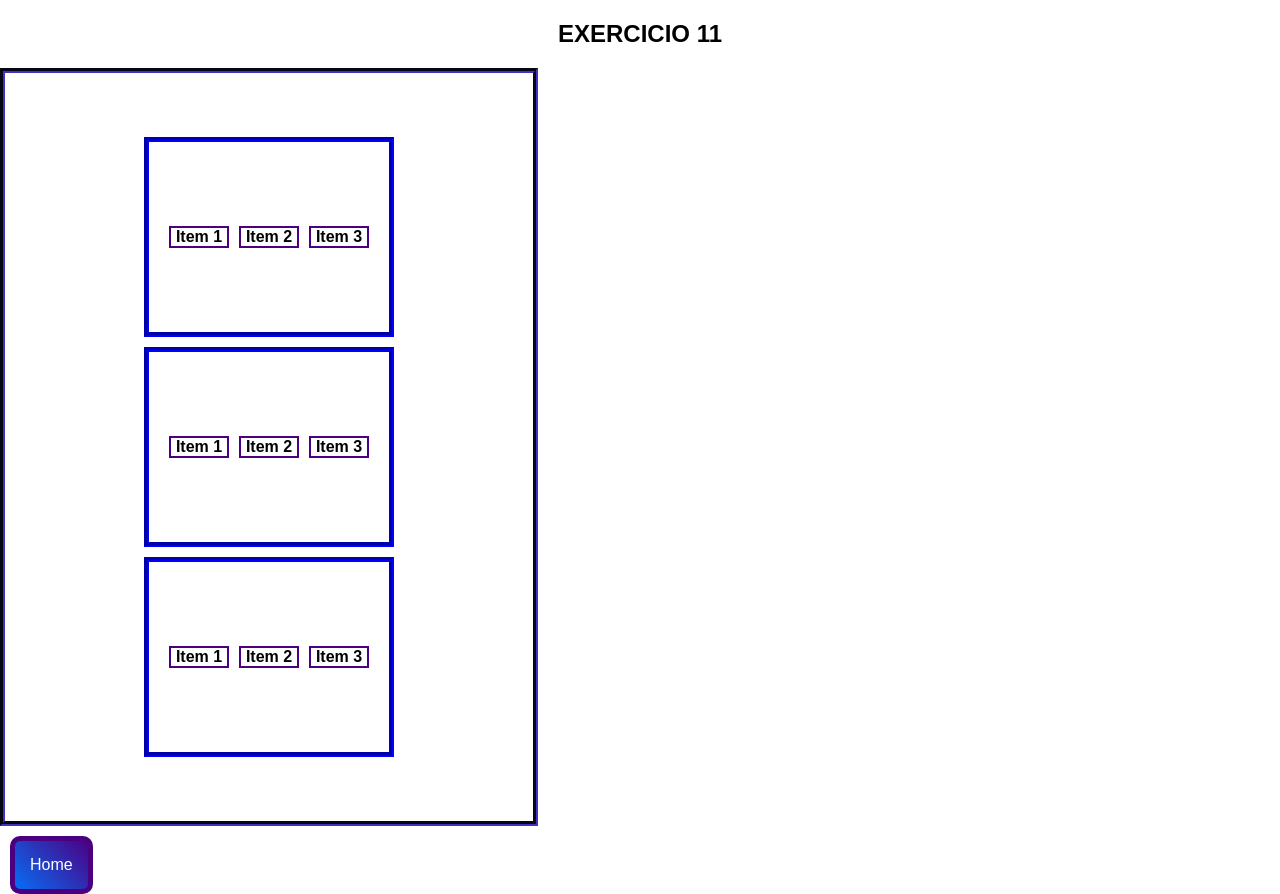
Repository: Elianmrey/TP1-Mobile-First
Page: EXERCISES/EX_11/index.html
These files come from the project's save history. The page is drawn as it stood at one moment and after a run of saves; the edit follows.
The browser window is 1280 px wide. The pictures show the whole page.

Above is the page before, as saved 2024-08-04 23:24:16.

After the next 3 saves:
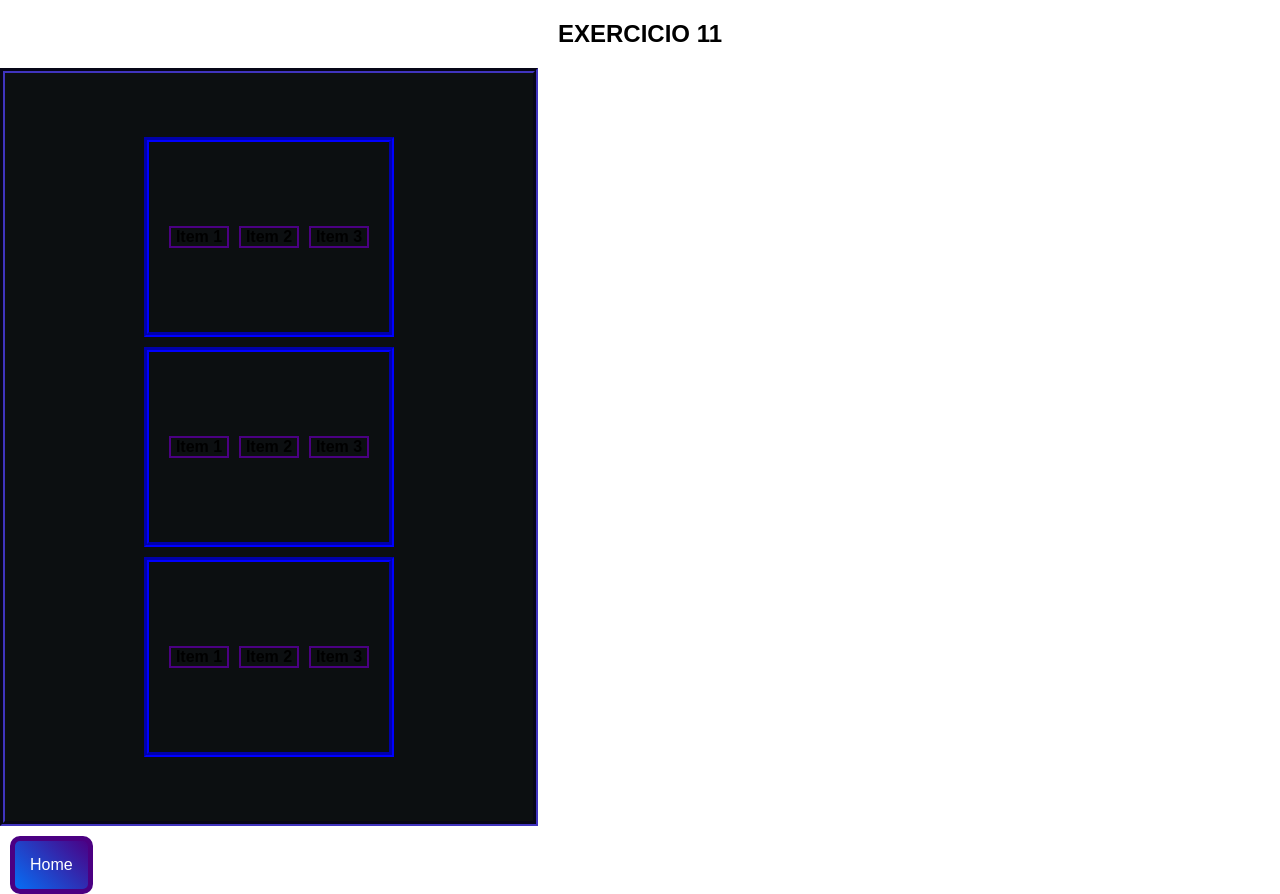
The 3 saves are shown as one change because they came seconds apart.
The last was saved 41 s later.
--- a/EXERCISES/EX_11/style.css
+++ b/EXERCISES/EX_11/style.css
@@ -20,6 +20,7 @@ font-family: sans-serif;
   width: 400px;
   justify-content:  center;
   align-items: center;
+  background-color: rgb(12, 15, 17);
 }
 .container-verticais
 {
